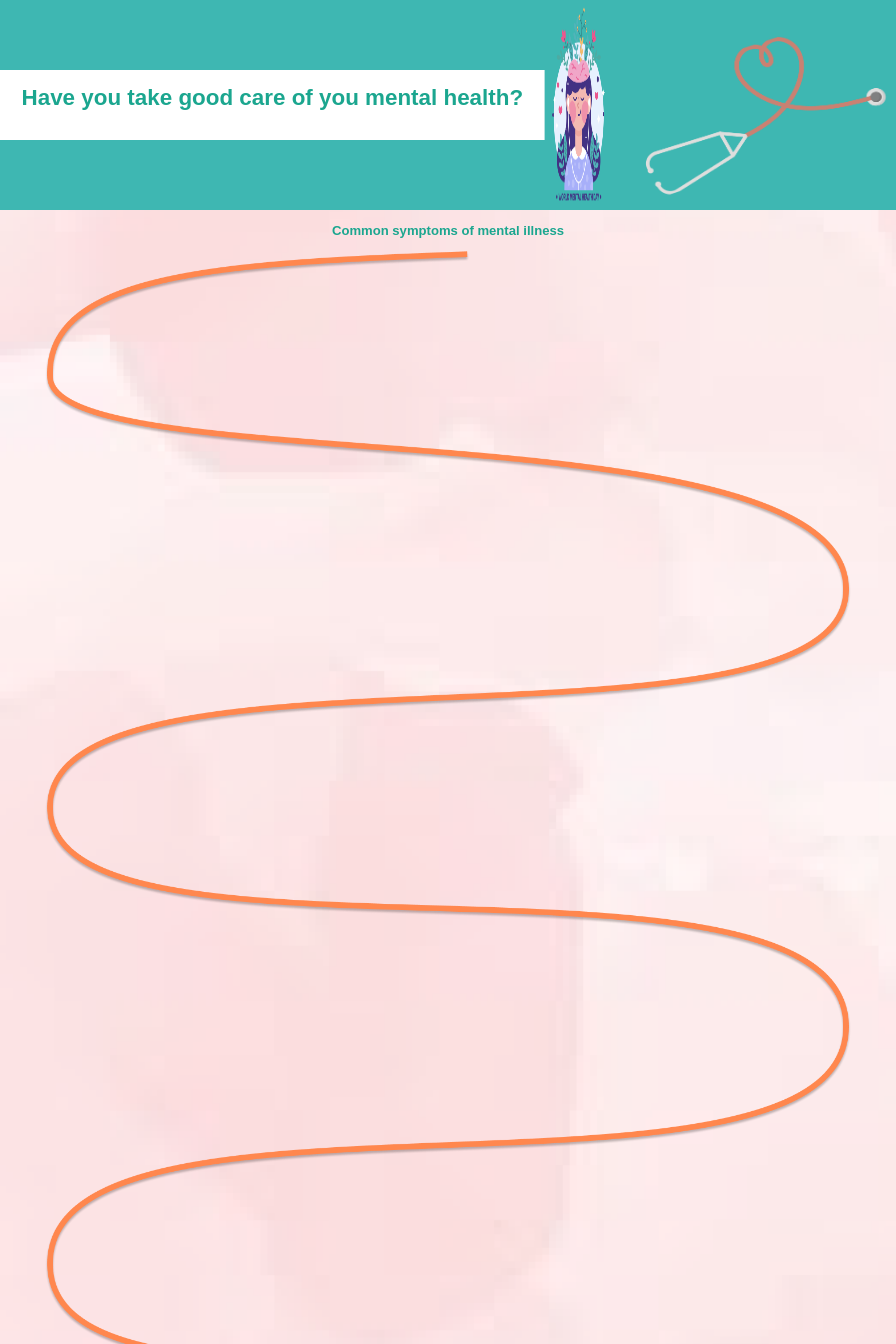
Repository: zzs1/2109-Dynamic-Content-Project
Page: Shin_code/index.html
The author's editor kept a copy of each file at every save. The page is drawn from the files as they stood at one save, then again after the next save.
The browser window is 1280 px wide. The pictures show the part of the page from y = 0 to 1920 px (the page is 2930 px tall before and 2895 px after), at 70% of full size.
Some web fonts or font styles are not loaded; a fallback is used.

Above is the page before, as saved 2021-03-09 00:12:39.

After the next save:
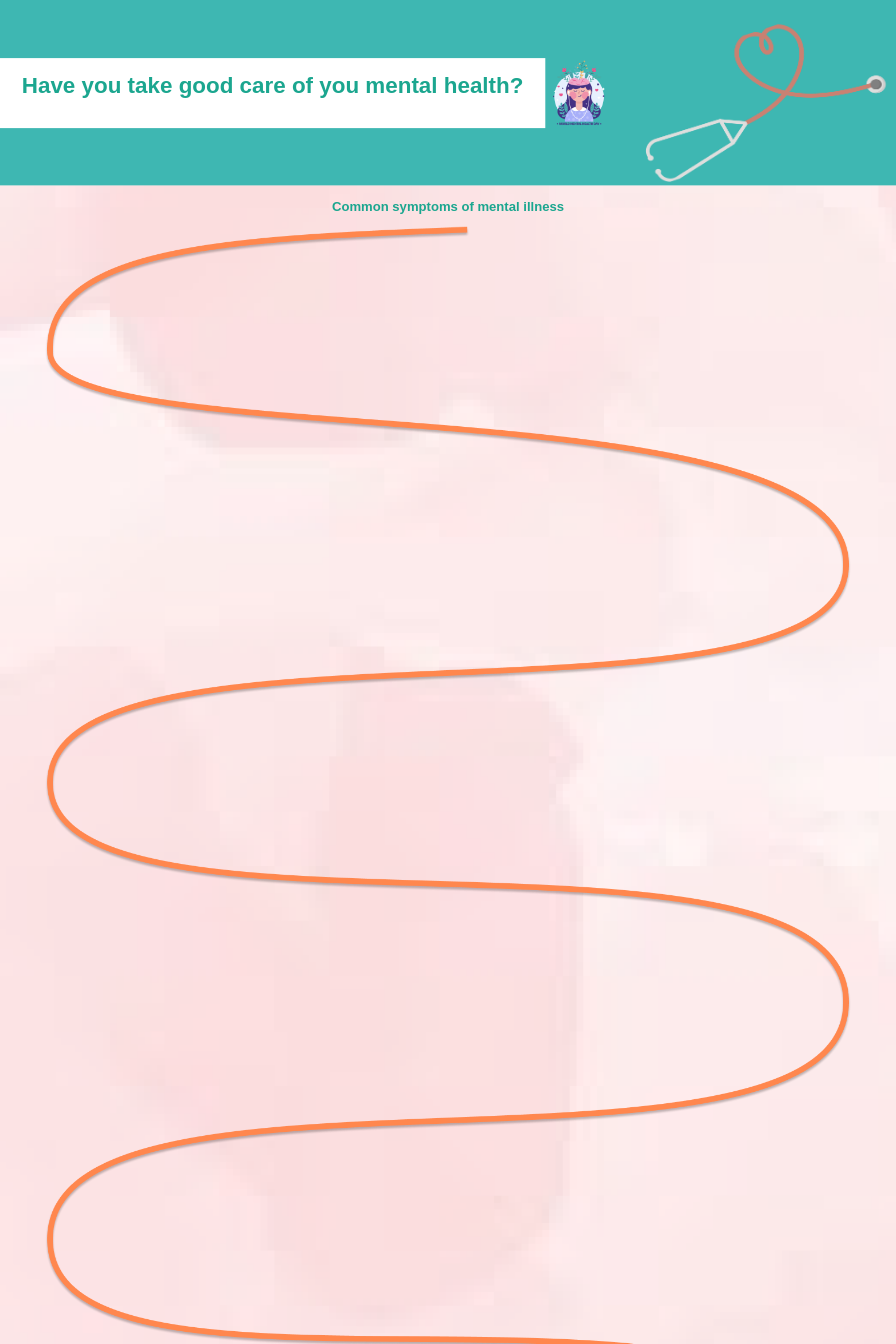
Saved 4 s later.
--- a/Shin_code/index.css
+++ b/Shin_code/index.css
@@ -82,7 +82,7 @@ color: #FFFFFF;
 }
 .headimg{
 width: 100px;
-height: 300px;
+height: 100px;
 left: -11px;
 top: 400px;
 }
